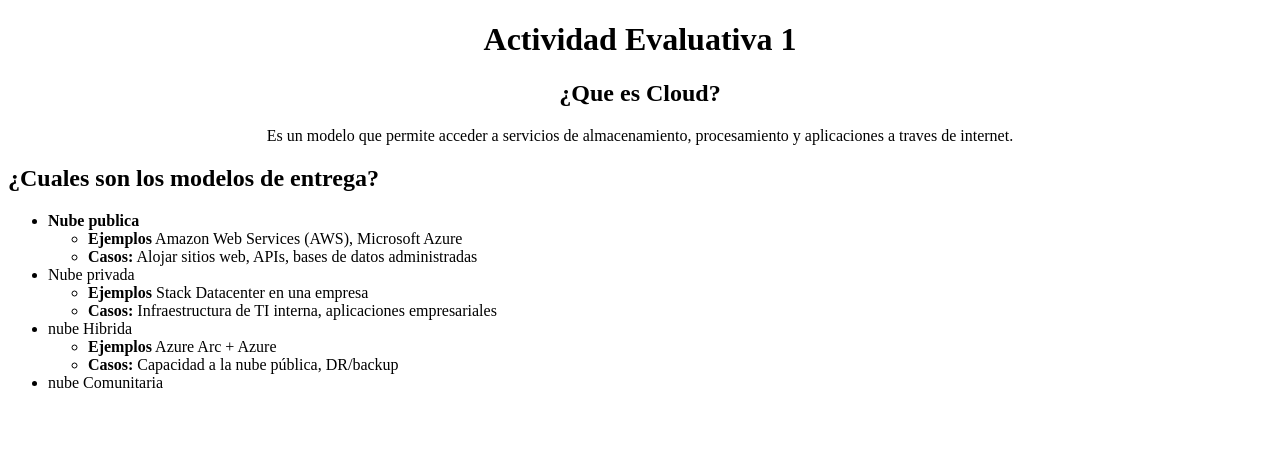
Repository: Laura-Oliveros/Actividad-Evaluativa-1
Page: LauSebas.html
The author's editor kept a copy of each file at every save. The page is drawn from the files as they stood at one save, then again after a run of saves.
The browser window is 1280 px wide. The pictures show the whole page.

Above is the page before, as saved 2025-09-04 19:06:22.

After the next 2 saves:
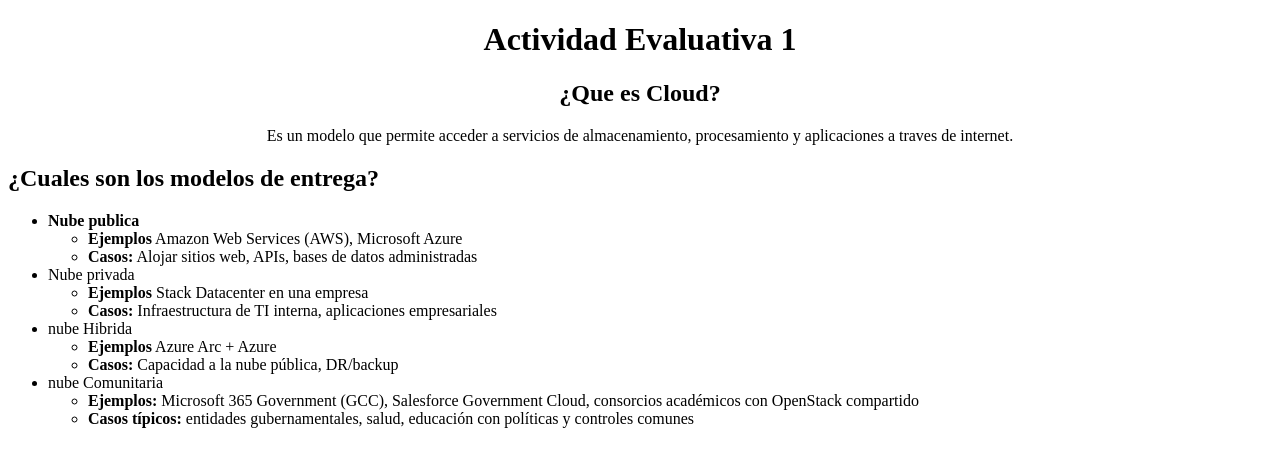
The 2 saves are shown as one change because they came seconds apart.
The last was saved 18 s later.
--- a/LauSebas.html
+++ b/LauSebas.html
@@ -34,6 +34,10 @@
             </ul>
 
             <li>nube Comunitaria</li>
+            <ul>
+            <li><strong>Ejemplos:</strong> Microsoft 365 Government (GCC), Salesforce Government Cloud, consorcios académicos con OpenStack compartido</li>
+            <li><strong>Casos típicos:</strong> entidades gubernamentales, salud, educación con políticas y controles comunes</li>
+            </ul>
         </ul>
 
 </body>
